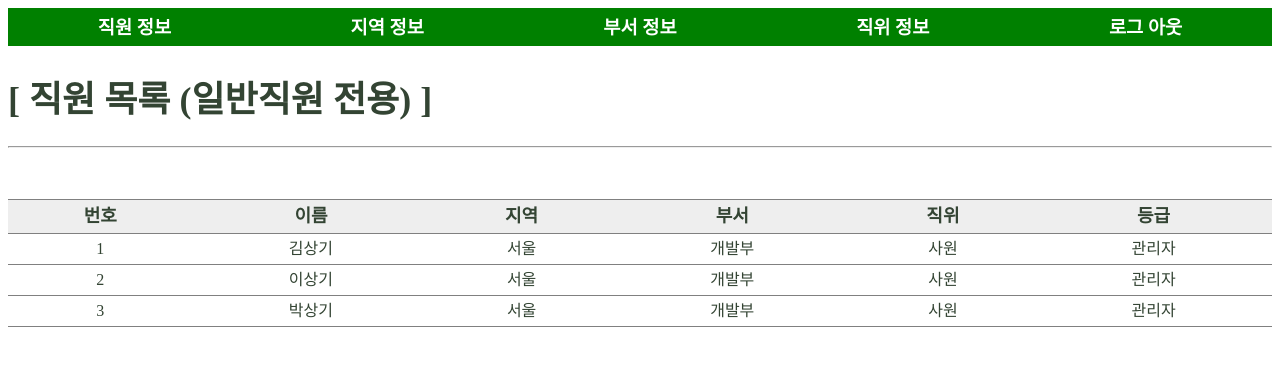
Repository: Umkimisstrong/UM_SpringMVCStudy
Page: http://localhost/mvc04/WEB-INF/view/RegList.jsp
An editor plug-in stored every save of this project. The page is shown before and after the next save, followed by the edit.
The browser window is 1280 px wide. The pictures show the whole page.
The page is served by Tomcat 9. Nobody is signed in. The template is opened directly, without the code that normally fills it, so the values that code supplies are empty.

Above is the page before, as saved 2022-06-02 03:09:45.

After the next save:
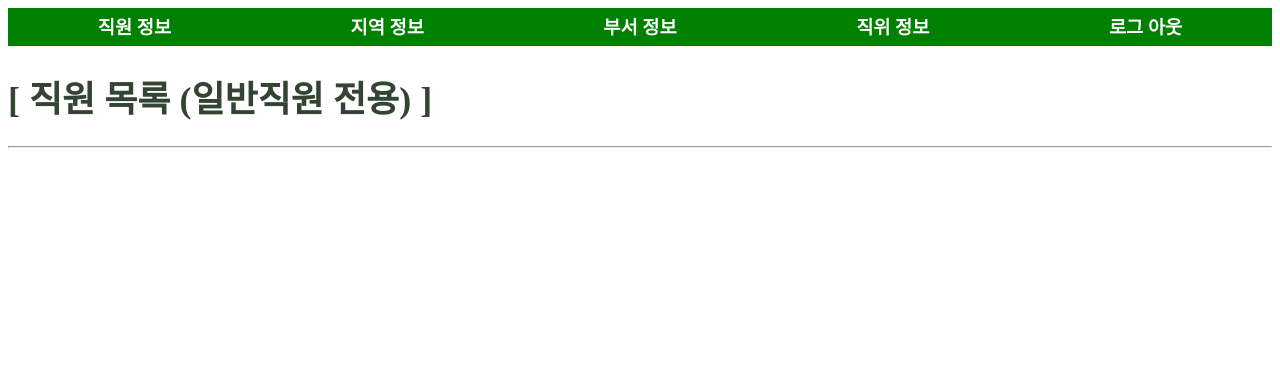
Saved 2 min 3 s later.
--- a/mvc04/WebContent/WEB-INF/view/RegList.jsp
+++ b/mvc04/WebContent/WEB-INF/view/RegList.jsp
@@ -54,9 +54,8 @@
 	EMPLOYEEID NAME DEPARTMENTNAME POSITIONNAME REGIONNAME GRADE
 	----------------------------------------------------  -->
 	<table id="customers" class="table">
-
+	<!--
 		<tr>
-			<!-- 항목 15EA -->
 			<th>번호</th>
 			<th>이름</th>
 			<th>지역</th>
@@ -88,7 +87,7 @@
 			<td>개발부</td>
 			<td>사원</td>
 			<td>관리자</td>
-		</tr>
+		</tr> -->
 
 		<%--
 
